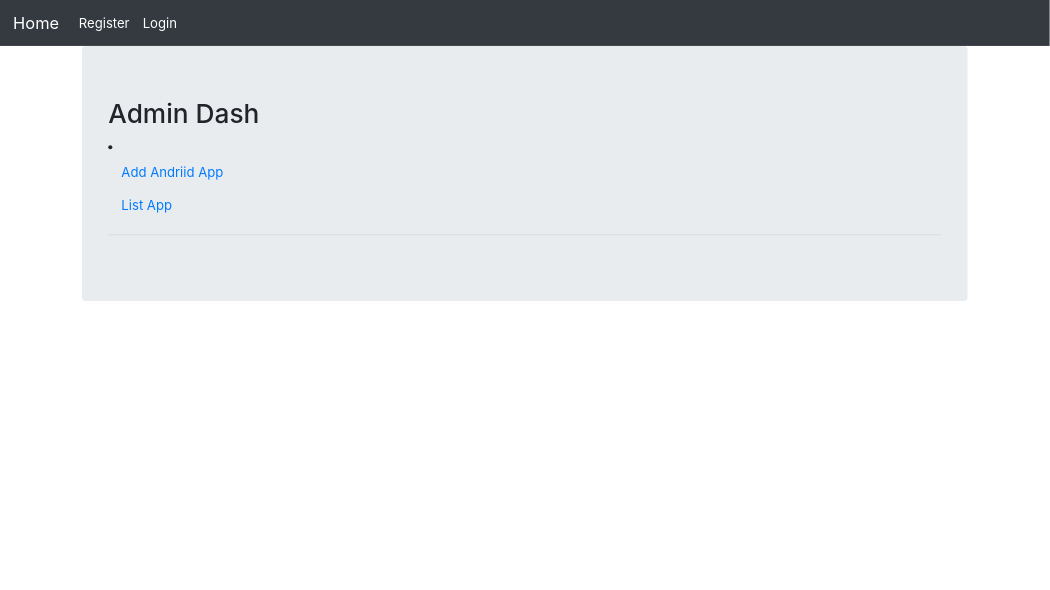
Repository: prabhat8701/nextgrowth_lab_task-main
Page: http://localhost/adminDash/
The author's editor kept a copy of each file at every save. The page is drawn from the files as they stood at one save, then again after the next save.
The browser window is 1280 px wide. The pictures show the whole page, at 82% of full size.
The page is served by the project's application, run on Django 4.2 (manage.py).

Above is the page before, as saved 2023-07-31 18:13:07.

After the next save:
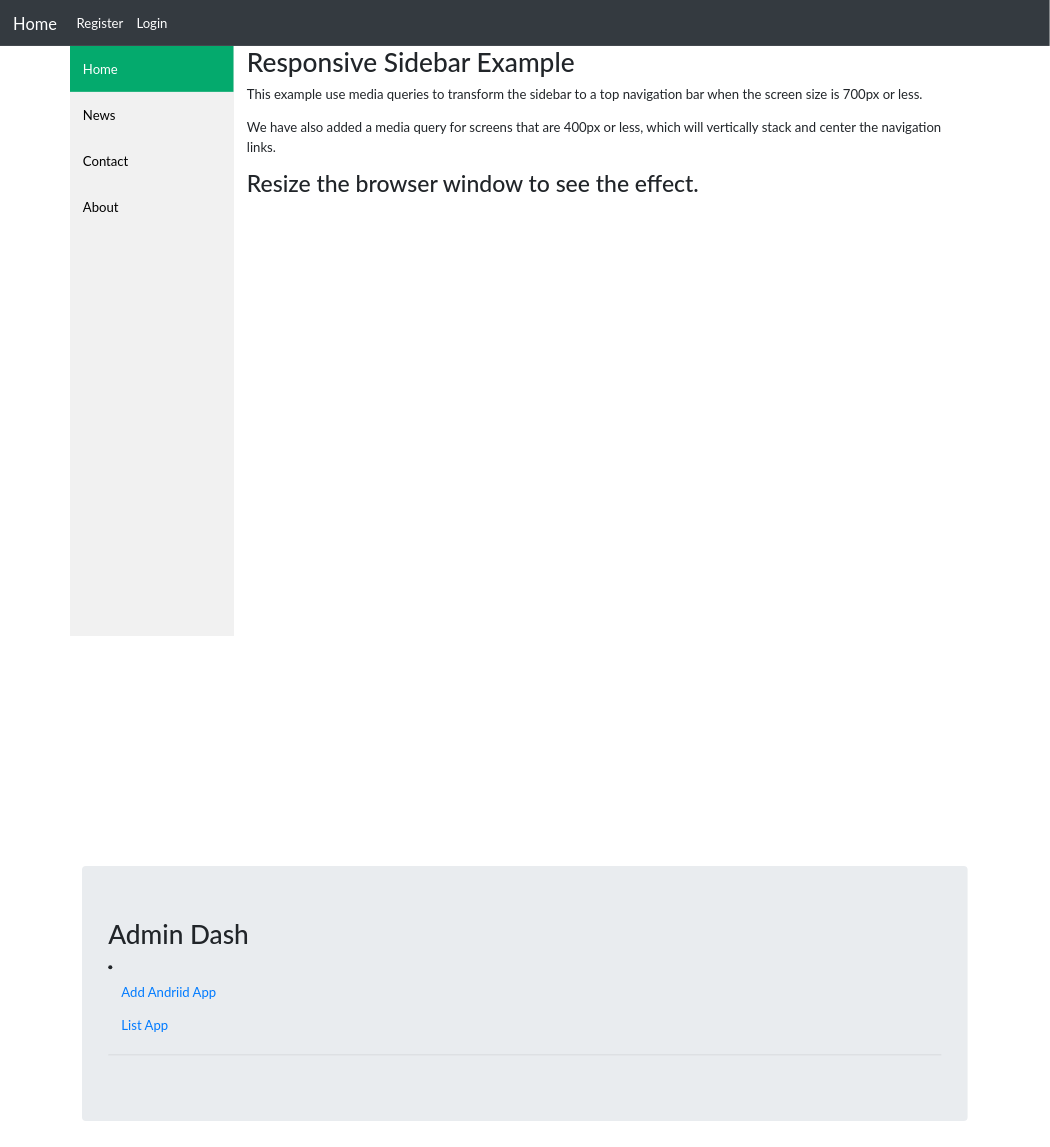
Saved 16 s later.
--- a/nextgrowAi/SET_2/next_project/templates/gradesApp/adminDash.html
+++ b/nextgrowAi/SET_2/next_project/templates/gradesApp/adminDash.html
@@ -1,5 +1,79 @@
 {% extends 'gradesApp/base1.html' %}
 {% block body_block %}
+<style>
+    body {
+      margin: 0;
+      font-family: "Lato", sans-serif;
+    }
+
+    .sidebar {
+      margin: 0;
+      padding: 0;
+      width: 200px;
+      background-color: #f1f1f1;
+      position: fixed;
+      height: 100%;
+      overflow: auto;
+    }
+
+    .sidebar a {
+      display: block;
+      color: black;
+      padding: 16px;
+      text-decoration: none;
+    }
+
+    .sidebar a.active {
+      background-color: #04AA6D;
+      color: white;
+    }
+
+    .sidebar a:hover:not(.active) {
+      background-color: #555;
+      color: white;
+    }
+
+    div.content {
+      margin-left: 200px;
+      padding: 1px 16px;
+      height: 1000px;
+    }
+
+    @media screen and (max-width: 700px) {
+      .sidebar {
+        width: 100%;
+        height: auto;
+        position: relative;
+      }
+      .sidebar a {float: left;}
+      div.content {margin-left: 0;}
+    }
+
+    @media screen and (max-width: 400px) {
+      .sidebar a {
+        text-align: center;
+        float: none;
+      }
+    }
+</style>
+
+<body>
+
+    <div class="sidebar">
+      <a class="active" href="#home">Home</a>
+      <a href="#news">News</a>
+      <a href="#contact">Contact</a>
+      <a href="#about">About</a>
+    </div>
+
+    <div class="content">
+      <h2>Responsive Sidebar Example</h2>
+      <p>This example use media queries to transform the sidebar to a top navigation bar when the screen size is 700px or less.</p>
+      <p>We have also added a media query for screens that are 400px or less, which will vertically stack and center the navigation links.</p>
+      <h3>Resize the browser window to see the effect.</h3>
+    </div>
+
+    </body>
 
 <div class="container">
     <div class="jumbotron">
